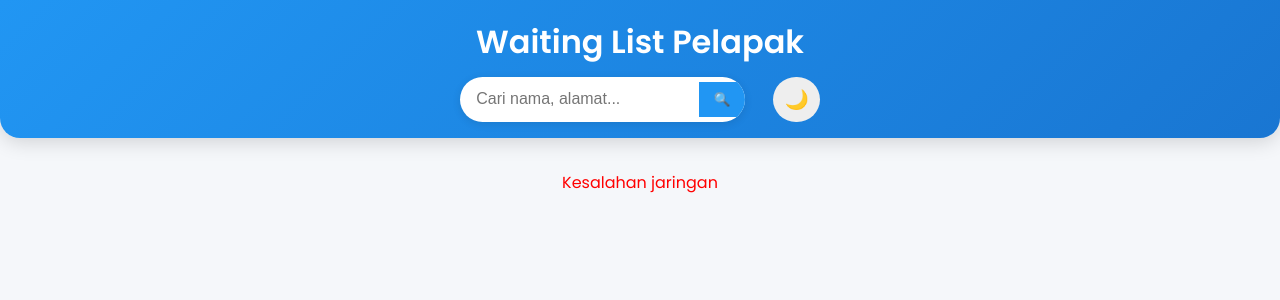
Repository: pasarrakyatbak/WaitingListforPanitia
Page: index.html
An editor plug-in stored every save of this project. The page is shown before and after the next save, followed by the edit.
The browser window is 1280 px wide. The pictures show the whole page.
The page's requests for data from a server got no answer.

Above is the page before, as saved 2025-09-25 16:41:25.

After the next save:
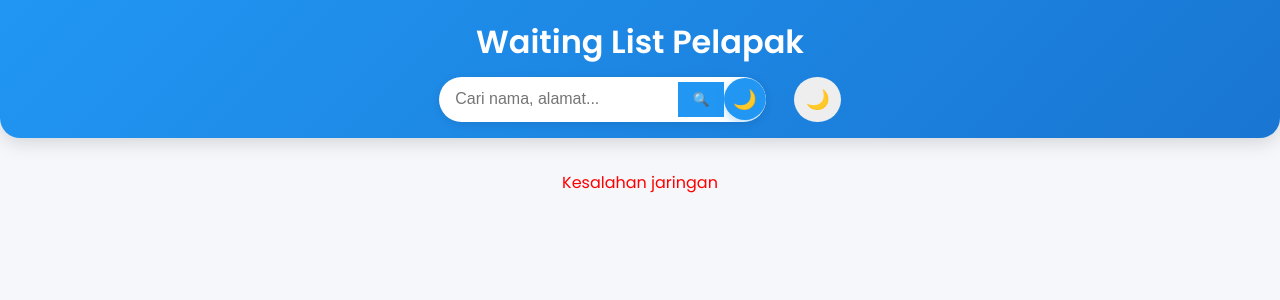
Saved 23 s later.
--- a/index.html
+++ b/index.html
@@ -20,6 +20,7 @@
                 <button id="searchBtn" aria-label="Cari">
                     <span class="icon">🔍</span>
                 </button>
+                <button id="darkSwitch" class="btn icon">🌙</button>
             </div>
 
             <!-- Toggle Dark Mode -->
